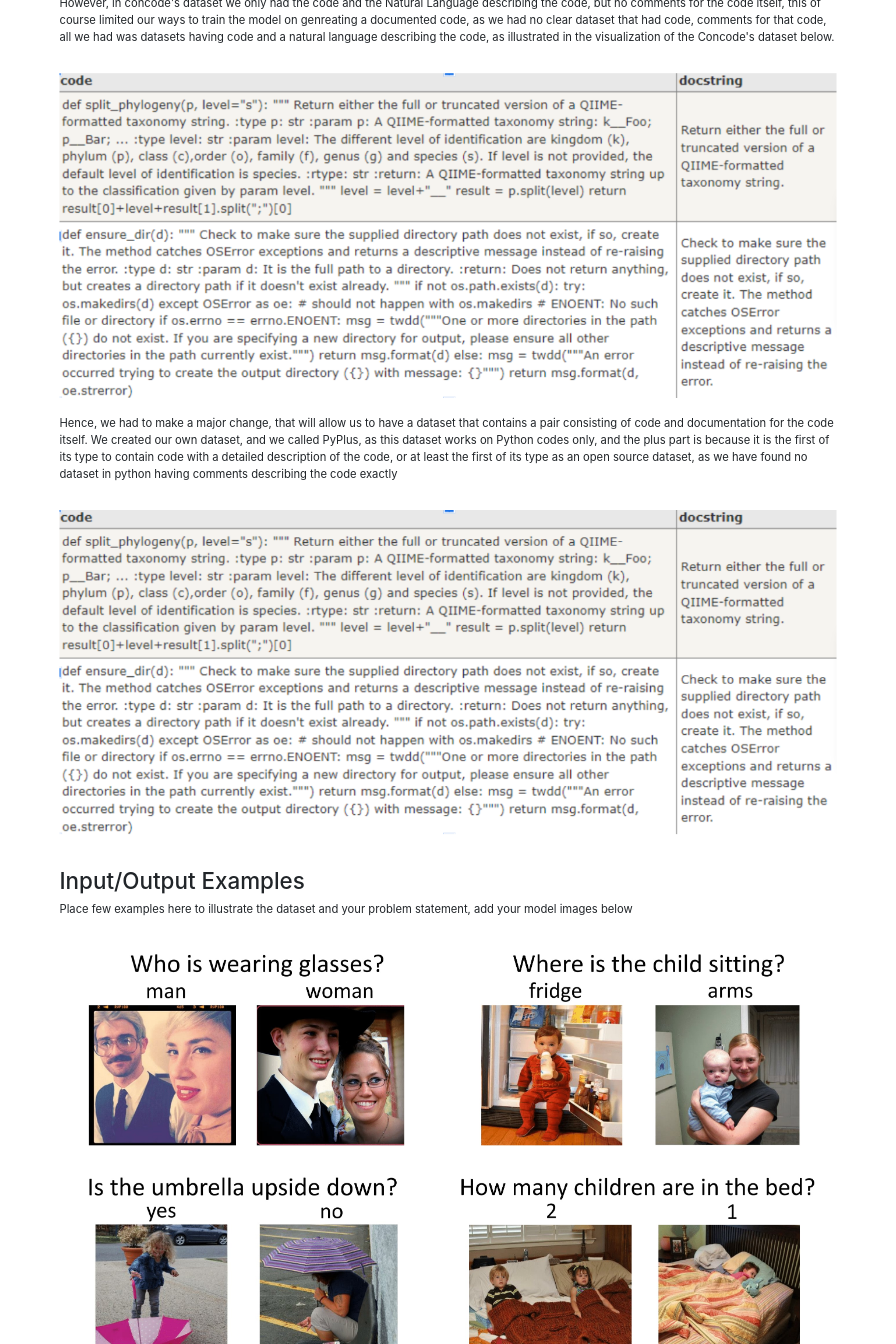
Repository: Shaalan-omar/ConcodePlus
Page: team-specific/index.html
The author's editor kept a copy of each file at every save. The page is drawn from the files as they stood at one save, then again after the next save.
The browser window is 1280 px wide. The pictures show the part of the page from y = 581 to 2501 px (the page is 6613 px tall), at 70% of full size.

Above is the page before, as saved 2023-05-12 00:39:24.

### team-specific/index.html
<!DOCTYPE html>
<html lang="en">

<head>

  <meta charset="utf-8">
  <meta name="viewport" content="width=device-width, initial-scale=1, shrink-to-fit=no">
  <meta name="description" content="">
  <meta name="author" content="">

  <title>Code Generation / Documentation model based on CodeT5</title>

  <!-- Bootstrap core CSS -->
  <link href="../vendor/bootstrap/css/bootstrap.min.css" rel="stylesheet">

</head>

<body>

  <!-- Navigation -->
  <nav class="navbar navbar-expand-lg navbar-dark bg-dark static-top">
    <div class="container">
      <a class="navbar-brand" href="../home.html">Practical Machine Deep Learning</a>
      <button class="navbar-toggler" type="button" data-toggle="collapse" data-target="#navbarResponsive" aria-controls="navbarResponsive" aria-expanded="false" aria-label="Toggle navigation">
        <span class="navbar-toggler-icon"></span>
      </button>
      <div class="collapse navbar-collapse" id="navbarResponsive">
        <ul class="navbar-nav ml-auto">
          <li class="nav-item active">
            <a class="nav-link" href="../home.html">Home
              <span class="sr-only">(current)</span>
            </a>
          </li>
          <li class="nav-item">
            <a class="nav-link" href="../about.html">About</a>
          </li>
          <li class="nav-item">
            <a class="nav-link" href="../contact.html">Contact</a>
          </li>
        </ul>
      </div>
    </div>
  </nav>

  <!-- Page Content -->
  <div class="container">
    <div class="row">
      <div class="col-lg-12 text-center">
        <h1 class="mt-5">Code Generation / Documentation model based on CodeT5</h1>
        <ul class="list-unstyled">
          <li>Omar Shaalan 900193887</li>
          <li>Kyrollos Zakarya 900203309</li>
        </ul>
      </div>
    </div>


    <div class="row">
      <div class="col-lg-12 text-left">
        <h2 class="mt-5"></h2>
		<p>
			Code generation is a very important in our current daily life. However, the documentation of the code is beyond important too,
      we need the code that is generated to have a documentation generated with it in order to be able to generate a code that is understandable
      and increase the efficency (we increase the efficency of the code by providing documentation for the code so it will be easy to reuse/extract needed parts of the code)
		</p>
      </div>
    </div>

    <div class="row">
      <div class="col-lg-12 text-left">
        <h2 class="mt-5">Dataset</h2>

        <p>
			Our initial plan was to work with the Cocode's task dataset, which is concode (the code generation task), this was intentionally our intution
      as our task, ConcodePlus(the code generation with documentation), was going to generate the code that concode generated but with comments. However,
      in concode's dataset we only had the code and the Natural Language describing the code, but no comments for the code itself, this of course limited our ways
      to train the model on genreating a documented code, as we had no clear dataset that had code, comments for that code, all we had was datasets having code and
      a natural language describing the code, as illustrated in the visualization of the Concode's dataset below.
    </p>
    <br/> <!-- Empty Line before the image -->
    <div class="img-container" align="center"> <!-- Block parent element -->
        <img src="resources/images/dataset.png" class="img-fluid text-center">
    </div>
    <br/> <!-- Empty Line after the image -->
<p>
  Hence, we had to make a major change, that will allow us to have a dataset that contains a pair consisting of code and documentation for the code itself.
      We created our own dataset, and we called PyPlus, as this dataset works on Python codes only, and the plus part is because it is the first of its type to contain code with a detailed description of the code, or at least the first
      of its type as an open source dataset, as we have found no dataset in python having comments describing the code exactly
</p>
<br/> <!-- Empty Line before the image -->
<div class="img-container" align="center"> <!-- Block parent element -->
    <img src="resources/images/dataset.png" class="img-fluid text-center">
</div>

      </div>
    </div>

    <div class="row">
      <div class="col-lg-12 text-left">
        <h2 class="mt-5">Input/Output Examples</h2>

        <p>
			Place few examples here to illustrate the dataset and your problem statement, add your model images below
		</p>

		<br/> <!-- Empty Line before the image -->
	    <div class="img-container" align="center"> <!-- Block parent element -->
      		<img src="resources/images/examples.jpg" class="img-fluid text-center">
    	</div>
    	<br/> <!-- Empty Line after the image -->
      </div>
    </div>


    <div class="row">
      <div class="col-lg-12 text-left">
        <h2 class="mt-5">State of the art</h2>

        <p>
			State here state of the art models and their accuracies, you might need to do this by including images of tables
		</p>

		<br/> <!-- Empty Line before the image -->
	    <div class="img-container" align="center"> <!-- Block parent element -->
      		<img src="resources/images/state-of-the-art-results.png" class="img-fluid text-center">
    	</div>
    	<br/> <!-- Empty Line after the image -->
      </div>
    </div>

    <div class="row">
      <div class="col-lg-12 text-left">
        <h2 class="mt-5">Orignial Model from Literature</h2>

        <p>
			Details about the model here, add your model images below
		</p>

		<br/> <!-- Empty Line before the image -->
	    <div class="img-container" align="center"> <!-- Block parent element -->
      		<img src="resources/images/model.png" class="img-fluid text-center">
    	</div>
    	<br/> <!-- Empty Line after the image -->
      </div>
    </div>

    <div class="row">
      <div class="col-lg-12 text-left">
        <h2 class="mt-5">Proposed Updates</h2>

        <p>
			Add all the model updates you made here, need as many images as you wish
		</p>

		<h5 class="mt-5">Update #1: Used new bla bla</h5>
		<p>
			details here
		</p>
		<br/> <!-- Empty Line before the image -->
	    <div class="img-container" align="center"> <!-- Block parent element -->
      		<img src="resources/images/update1.jpeg" class="img-fluid text-center">
    	</div>
    	<br/> <!-- Empty Line after the image -->

		<h5 class="mt-5">Update #2: Used new whatever</h5>
		<p>
			details here
		</p>
		<br/> <!-- Empty Line before the image -->
	    <div class="img-container" align="center"> <!-- Block parent element -->
      		<img src="resources/images/update2.png" class="img-fluid text-center">
    	</div>
    	<br/> <!-- Empty Line after the image -->
      </div>
    </div>


    <div class="row">
      <div class="col-lg-12 text-left">
        <h2 class="mt-5">Results</h2>

        <p>
			Add your results here, add graphs and images to illustrate it.
			Compare your results to the original model and state of the art
		</p>

		<br/> <!-- Empty Line before the image -->
	    <div class="img-container" align="center"> <!-- Block parent element -->
      		<img src="resources/images/results.png" class="img-fluid text-center">
    	</div>
    	<br/> <!-- Empty Line after the image -->
      </div>
    </div>


    <div class="row">
      <div class="col-lg-12 text-left">
        <h2 class="mt-5">Technical report</h2>

        <p>
			Here you will detail the details related to training, for example:
		</p>

	 	<ul>
		  <li>Programming framework</li>
		  <li>Training hardware i.e. colab or azure or anything else</li>
		  <li>Training time</li>
		  <li>Number of epochs</li>
		  <li>Time per epoch</li>
		  <li>Any other important detail or difficulties</li>
		</ul>
      </div>
    </div>

	<div class="row">
	  <div class="col-lg-12 text-left">
	    <h2 class="mt-5">Conclusion</h2>

	    <p>
			Conclusion and future work (including lessons learned and interesting findings
		</p>

	  </div>
	</div>

	<div class="row">
	  <div class="col-lg-12 text-left">
	    <h2 class="mt-5">References</h2>

	    <p>
	    	List all references here, the following are only examples
	    </p>

		<ol>
		  <li><a href="http://www.google.com">Problem statement url</a></li>
		  <li><a href="http://www.google.com">Dataset URL</a></li>
		  <li><a href="http://www.google.com">Model Reference URL</a></li>
		</ol>
	  </div>
	</div>

  </div>



  <!-- Bootstrap core JavaScript -->
  <script src="../vendor/jquery/jquery.slim.min.js"></script>
  <script src="../vendor/bootstrap/js/bootstrap.bundle.min.js"></script>

</body>

</html>

Loaded but not shown: vendor/bootstrap/css/bootstrap.min.css (library); vendor/jquery/jquery.slim.min.js (library); vendor/bootstrap/js/bootstrap.bundle.min.js (library)

After the next save:
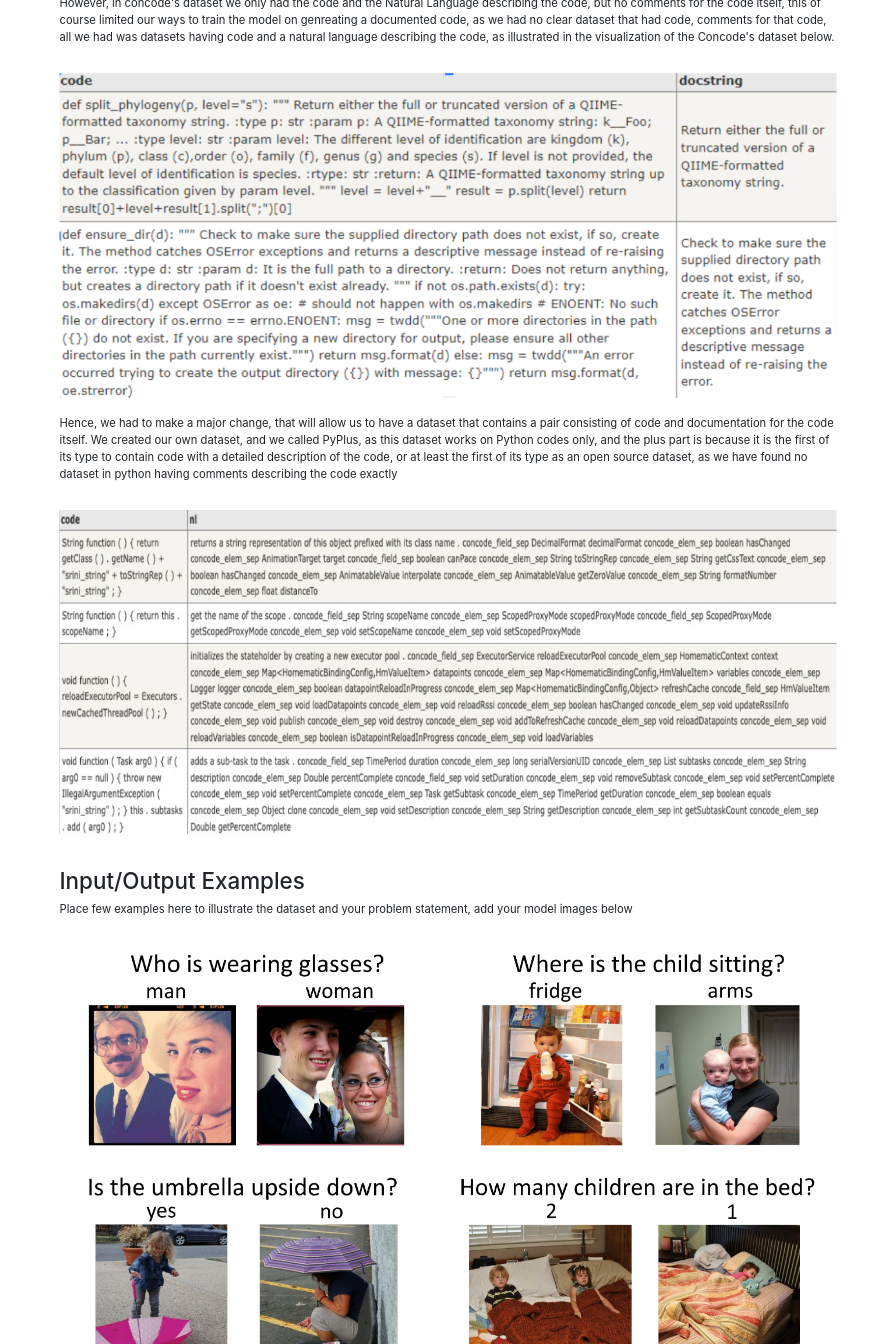
Saved 5 s later.
--- a/team-specific/index.html
+++ b/team-specific/index.html
@@ -89,7 +89,7 @@
 </p>
 <br/> <!-- Empty Line before the image -->
 <div class="img-container" align="center"> <!-- Block parent element -->
-    <img src="resources/images/dataset.png" class="img-fluid text-center">
+    <img src="resources/images/concode.png" class="img-fluid text-center">
 </div>
 
       </div>
